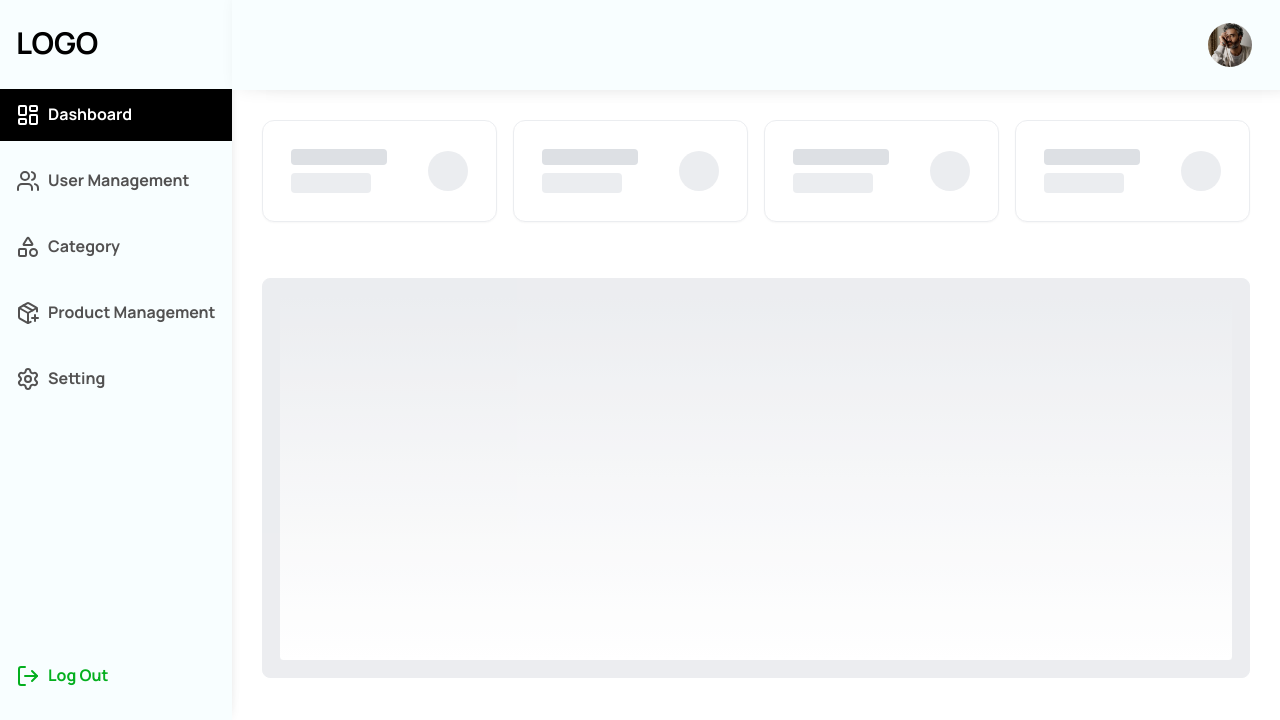
Repository: fsdteam8/jtbaket-dashboard
Page: /dashboard
An editor plug-in stored every save of this project. The page is shown before and after a run of saves, followed by the edit.
The browser window is 1280 px wide. The pictures show the whole page.
The page's requests for data from a server got no answer. The project was rebuilt for these pictures with package versions that can differ from the ones it lists, and the page was loaded fresh each time. The framework's server and built-in components were replaced by stand-ins that run in the browser. No one was signed in, and anything a server would have sent is missing. Also part of the build but not shown: next.config.mjs, src/lib/utils.ts, src/components/ui/dialog.tsx, src/components/modals/logout-modal.tsx, src/app/(admin-dashboard)/dashboard/_components/dashboard-overview-error-container.tsx, src/components/ui/card.tsx, src/components/ui/chart.tsx, src/components/ui/select.tsx and 1 more.

Above is the page before, as saved 2025-07-26 15:13:43.

### src/app/layout.tsx
import type { Metadata } from "next";
import "./globals.css";
import { Toaster } from "@/components/ui/sonner";

import { Manrope } from "next/font/google";
import AppProvider from "@/components/provider/AppProvider";
import AuthProvider from "@/components/provider/AuthProvider";
import { cookies } from "next/headers";
import { ColorFetcher, ThemeFetcher } from "@/lib/color-fetcher";

const manrope = Manrope({
  subsets: ["latin"],
  display: "swap",
  variable: "--font-manrope",
});

export const metadata: Metadata = {
  title: "Create Next App",
  description: "Generated by create next app",
};

export default function RootLayout({
  children,
}: Readonly<{
  children: React.ReactNode;
}>) {
    const cookieStore = cookies()
  const primaryColor = cookieStore.get("themeColor")?.value || "black"
  return (
    <html lang="en">
    <head>
        <style>{`:root { --primary: ${primaryColor}; }`}</style>
      </head>
      <body className={`${manrope.variable} antialiased`}>
        <AuthProvider>
          <AppProvider>
            <ThemeFetcher/>
            <ColorFetcher/>
            {children}
            <Toaster position="top-right"/>
          </AppProvider>
        </AuthProvider>
      </body>
    </html>
  );
}

### src/app/(admin-dashboard)/dashboard/layout.tsx
import React from "react";
import "@/app/globals.css";
import DashboardSidebar from "./_components/dashboard-sidebar";
import DashboardNavbar from "./_components/dashboard-navbar";

const DashboardLayout = ({ children }: { children: React.ReactNode }) => {
  return (
    <div className="w-full flex">
      <div>
        <DashboardSidebar />
      </div>
      <div className="w-full">
        <DashboardNavbar />
        <main className="p-[30px]">{children}</main>
      </div>
    </div>
  );
};

export default DashboardLayout;

### src/app/(admin-dashboard)/dashboard/page.tsx
import React from 'react'
import DashboardOverviewHeader from './_components/dashboard-overview-header'
import { DashboardSummery } from './_components/dashboard-summery'

const HomePage = () => {
  return (
    <div>
      <DashboardOverviewHeader/>
      <DashboardSummery/>
    </div>
  )
}

export default HomePage

### src/app/globals.css
@tailwind base;
@tailwind components;
@tailwind utilities;

@layer utilities {
  .text-balance {
    text-wrap: balance;
  }
}

body {
  @apply bg-[#FFFFFF] font-manrope;
}

@layer base {
  :root {
    --background: 0 0% 100%;
    --foreground: 0 0% 3.9%;
    --card: 0 0% 100%;
    --card-foreground: 0 0% 3.9%;
    --popover: 0 0% 100%;
    --popover-foreground: 0 0% 3.9%;
    --primary: 0 0% 9%;
    --primary-foreground: 0 0% 98%;
    --secondary: 0 0% 96.1%;
    --secondary-foreground: 0 0% 9%;
    --muted: 0 0% 96.1%;
    --muted-foreground: 0 0% 45.1%;
    --accent: 0 0% 96.1%;
    --accent-foreground: 0 0% 9%;
    --destructive: 0 84.2% 60.2%;
    --destructive-foreground: 0 0% 98%;
    --border: 0 0% 89.8%;
    --input: 0 0% 89.8%;
    --ring: 0 0% 3.9%;
    --chart-1: 12 76% 61%;
    --chart-2: 173 58% 39%;
    --chart-3: 197 37% 24%;
    --chart-4: 43 74% 66%;
    --chart-5: 27 87% 67%;
    --radius: 0.5rem;
  }
  .dark {
    --background: 0 0% 3.9%;
    --foreground: 0 0% 98%;
    --card: 0 0% 3.9%;
    --card-foreground: 0 0% 98%;
    --popover: 0 0% 3.9%;
    --popover-foreground: 0 0% 98%;
    --primary: 0 0% 98%;
    --primary-foreground: 0 0% 9%;
    --secondary: 0 0% 14.9%;
    --secondary-foreground: 0 0% 98%;
    --muted: 0 0% 14.9%;
    --muted-foreground: 0 0% 63.9%;
    --accent: 0 0% 14.9%;
    --accent-foreground: 0 0% 98%;
    --destructive: 0 62.8% 30.6%;
    --destructive-foreground: 0 0% 98%;
    --border: 0 0% 14.9%;
    --input: 0 0% 14.9%;
    --ring: 0 0% 83.1%;
    --chart-1: 220 70% 50%;
    --chart-2: 160 60% 45%;
    --chart-3: 30 80% 55%;
    --chart-4: 280 65% 60%;
    --chart-5: 340 75% 55%;
  }
}

### src/components/ui/sonner.tsx
"use client"

import { useTheme } from "next-themes"
import { Toaster as Sonner } from "sonner"

type ToasterProps = React.ComponentProps<typeof Sonner>

const Toaster = ({ ...props }: ToasterProps) => {
  const { theme = "system" } = useTheme()

  return (
    <Sonner
      theme={theme as ToasterProps["theme"]}
      className="toaster group"
      toastOptions={{
        classNames: {
          toast:
            "group toast group-[.toaster]:bg-background group-[.toaster]:text-foreground group-[.toaster]:border-border group-[.toaster]:shadow-lg",
          description: "group-[.toast]:text-muted-foreground",
          actionButton:
            "group-[.toast]:bg-primary group-[.toast]:text-primary-foreground",
          cancelButton:
            "group-[.toast]:bg-muted group-[.toast]:text-muted-foreground",
        },
      }}
      {...props}
    />
  )
}

export { Toaster }

### src/components/provider/AppProvider.tsx
"use client";
import React from "react";
import { QueryClient, QueryClientProvider } from "@tanstack/react-query";

const AppProvider = ({ children }: { children: React.ReactNode }) => {
  const queryClient = new QueryClient();
  return (
    <div>
      <QueryClientProvider client={queryClient}>{children}</QueryClientProvider>
    </div>
  );
};

export default AppProvider;

### src/components/provider/AuthProvider.tsx
"use client";
import React from "react";
import { SessionProvider } from "next-auth/react";

const AuthProvider = ({ children }: { children: React.ReactNode }) => {
  return (
    <div>
      <SessionProvider>{children}</SessionProvider>
    </div>
  );
};

export default AuthProvider;

### src/lib/color-fetcher.ts
/* eslint-disable @typescript-eslint/no-unused-vars */
"use client"

import { useEffect } from "react"
import { useQuery } from "@tanstack/react-query"

export function ColorFetcher() {
  useEffect(() => {
    const fetchColors = async () => {
      try {
        const baseUrl = process.env.NEXT_PUBLIC_BASE_URL || process.env.NEXT_PUBLIC_API_URL

        if (!baseUrl) {
          throw new Error("API base URL not configured")
        }

        const response = await fetch(`${baseUrl}/color/colors`, {
          method: "GET",
          headers: {
            "Content-Type": "application/json",
            Accept: "application/json",
          },
        })

        if (!response.ok) {
          throw new Error(`HTTP error! status: ${response.status}`)
        }

        const data = await response.json()

        if (data.status && data.data && data.data.length > 0) {
          const colorCode = data.data[0].colorCode // colorCode is now a string, not array

          // Set the color in cookies
          document.cookie = `themeColor=${colorCode}; path=/; max-age=${60 * 60 * 24 * 30}; SameSite=Lax`

          // Update CSS custom property immediately
          document.documentElement.style.setProperty("--primary", colorCode)
        }
      } catch (error) {
        // Apply fallback color on error
        const fallbackColor = "#000"
        document.cookie = `themeColor=${fallbackColor}; path=/; max-age=${60 * 60 * 24 * 30}; SameSite=Lax`
        document.documentElement.style.setProperty("--primary", fallbackColor)
      }
    }

    // Check if color is already in cookies
    const existingColor = document.cookie
      .split("; ")
      .find((row) => row.startsWith("themeColor="))
      ?.split("=")[1]

    if (existingColor) {
      // Apply existing color immediately
      document.documentElement.style.setProperty("--primary", existingColor)
    } else {
      // Fetch new color if not in cookies
      fetchColors()
    }
  }, [])

  return null
}



export function ThemeFetcher() {
  const { data } = useQuery({
    queryKey: ["themeColor"],
    queryFn: async () => {
      const res = await fetch(`${process.env.NEXT_PUBLIC_BACKEND_URL}/color/colors`)
      if (!res.ok) throw new Error("Failed to fetch theme color")
      return res.json()
    },
  })

  useEffect(() => {
    if (data?.themeColor) {
      const existing = getCookie("themeColor")
      if (existing !== data.themeColor) {
        document.cookie = `themeColor=${data.themeColor}; path=/`
        // Force refresh so SSR re-renders using the updated cookie
        window.location.reload()
      } else {
        document.documentElement.style.setProperty("--primary", data.themeColor)
      }
    }
  }, [data])

  return null
}

// Helper to read cookie from document.cookie
function getCookie(name: string): string | null {
  const match = document.cookie.match(new RegExp(`(^| )${name}=([^;]+)`))
  return match?.[2] ?? null
}

### src/app/(admin-dashboard)/dashboard/_components/dashboard-sidebar.tsx
"use client";
import React, { useState } from "react";
import { DashboardSidebardData } from "./dashboard-sidebar-data";
import Link from "next/link";
import { usePathname } from "next/navigation";
import { LogOut } from "lucide-react";
import LogOutModal from "@/components/modals/logout-modal";
import { toast } from "sonner";
import { signOut } from "next-auth/react";

const DashboardSidebar = () => {
  const [logoutModalisOpen, setLogoutModalisOpen] = useState(false);
  const pathName = usePathname();

  const handLogout = () => {
    try {
      toast.success("Logout successful!");
      setTimeout(async () => {
        await signOut({
          callbackUrl: "/login",
        });
      }, 1000);
    } catch (error) {
      console.error("Logout failed:", error);
      toast.error("Logout failed. Please try again.");
    }
  };
  return (
    <div className="sticky top-0 z-50">
      <div
        style={{
          boxShadow: `
    -2px -4px 10px 0px #0000001A,
    -8px -16px 18px 0px #00000017,
    -18px -35px 24px 0px #0000000D,
    -33px -62px 28px 0px #00000003,
    -51px -97px 31px 0px #00000000
  `,
        }}
        className="h-screen w-[232px] max-w-[252px] bg-[#F8FEFF] relative"
      >
        <div className="pt-[20px] pb-[24px] text-3xl font-bold text-primary leading-normal px-4">
          LOGO
        </div>
        <div>
          {DashboardSidebardData?.map((item) => {
            return (
              <>
                <Link href={item.href}>
                  <div
                    key={item.id}
                    className={`w-full flex items-center gap-2 text-base font-bold leading-[120%] tracking-[0%] cursor-pointer px-[16px] py-[14px] mb-[14px] ${
                      pathName === item?.href
                        ? "bg-primary text-white"
                        : "bg-transparent text-[#525151]"
                    }`}
                  >
                    <p className="w-6 h-6">{item.icon}</p>
                    <p>{item.name}</p>
                  </div>
                </Link>
              </>
            );
          })}
        </div>
        <div className="absolute bottom-8 ">
          <button
            onClick={() => setLogoutModalisOpen(true)}
            className="flex items-center gap-2 text-base text-secondary leading-[120%] tracking-[0%] font-manrope font-bold pl-4"
          >
            <LogOut />
            Log Out
          </button>
        </div>
      </div>

      {/* logout modal  */}
      {logoutModalisOpen && (
        <LogOutModal
          title="Are You Sure To Log Out?"
          open={logoutModalisOpen}
          onClose={() => setLogoutModalisOpen(false)}
          onConfirm={handLogout}
        />
      )}
    </div>
  );
};

export default DashboardSidebar;

### src/app/(admin-dashboard)/dashboard/_components/dashboard-navbar.tsx
import Image from "next/image";
import React from "react";

const DashboardNavbar = () => {
  return (
    <div className="sticky top-0 z-50">
      <div
        style={{
          boxShadow: `
      7px -3px 17px 0px #0000001A,
      28px -12px 30px 0px #00000017,
      62px -26px 41px 0px #0000000D,
      111px -47px 48px 0px #00000003,
      174px -73px 53px 0px #00000000
    `,
        }}
        className="w-full h-[90px] bg-[#F8FEFF] flex items-center justify-end pr-7"
      >
        <Image
          src="/assets/images/profile-img.jpg"
          alt="profile image"
          width={44}
          height={44}
          className="w-[44px] h-[44px] rounded-full"
        />
      </div>
    </div>
  );
};

export default DashboardNavbar;

### src/app/(admin-dashboard)/dashboard/_components/dashboard-overview-header.tsx
"use client";
import { GoDotFill } from "react-icons/go";
import Image from "next/image";
import React from "react";
import { useQuery } from "@tanstack/react-query";
import { useSession } from "next-auth/react";
import DashboardOverviewErrorContainer from "./dashboard-overview-error-container";
import DashboardCardSkeleton from "./dashboard-overview-skeleton-container";

export type DashboardSummaryResponse = {
  status: "success";
  message: string;
  data: {
    approvedUsers: number;
    pendingUsers: number;
    uniqueFavoriteProducts: number;
    totalUsers: number;
  };
};

const DashboardOverviewHeader = () => {
  const session = useSession();
  const token = (session?.data?.user as { accessToken: string })?.accessToken;
  console.log({ token });

  const { data, isLoading, isError, error } =
    useQuery<DashboardSummaryResponse>({
      queryKey: ["dashboard-overview"],
      queryFn: () =>
        fetch(`${process.env.NEXT_PUBLIC_BACKEND_URL}/admin/summary`, {
          headers: {
            Authorization: `Bearer ${token}`,
          },
        }).then((res) => res.json()),
    });
  if (isLoading) {
    return (
      <div>
        <DashboardCardSkeleton />
      </div>
    );
  }
  if (isError) {
    return (
      <div>
        <DashboardOverviewErrorContainer message={error?.message} />
      </div>
    );
  }
  console.log(data);
  return (
    <div>
      <div className="grid grid-cols-1 md:grid-cols-2 lg:grid-cols-4 gap-[30px]">
        <div className="md:col-span-1 w-full flex items-center justify-between bg-[#FFFFFF] rounded-[8px] shadow-[0px_0px_4px_0px_#00000040] py-8 px-3">
          <div>
            <h3 className="text-2xl text-primary font-extrabold leading-[120%] traking-[0%]">
              Approval
            </h3>
            <p className="flex items-center gap-1 text-lg font-normal leading-[170%] text-[#424242] pt-2">
              <GoDotFill className="w-6 h-6 text-secondary" />{" "}
              {data?.data?.approvedUsers}
            </p>
          </div>
          <div>
            <Image
              src="/assets/images/approval.png"
              alt="approval image"
              width={54}
              height={54}
            />
          </div>
        </div>
        <div className="md:col-span-1 w-full flex items-center justify-between bg-[#FFFFFF] rounded-[8px] shadow-[0px_0px_4px_0px_#00000040] py-8 px-3">
          <div>
            <h3 className="text-2xl text-primary font-extrabold leading-[120%] traking-[0%]">
              All Favorite
            </h3>
            <p className="flex items-center gap-1 text-lg font-normal leading-[170%] text-[#424242] pt-2">
              <GoDotFill className="w-6 h-6 text-[#FF3333]" />{" "}
              {data?.data?.uniqueFavoriteProducts}
            </p>
          </div>
          <div>
            <Image
              src="/assets/images/favorite.png"
              alt="favorite image"
              width={54}
              height={54}
            />
          </div>
        </div>
        <div className="md:col-span-1 w-full flex items-center justify-between bg-[#FFFFFF] rounded-[8px] shadow-[0px_0px_4px_0px_#00000040] py-8 px-3">
          <div>
            <h3 className="text-2xl text-primary font-extrabold leading-[120%] traking-[0%]">
              Pending
            </h3>
            <p className="flex items-center gap-1 text-lg font-normal leading-[170%] text-[#424242] pt-2">
              <GoDotFill className="w-6 h-6 text-primary" />{" "}
              {data?.data?.pendingUsers}
            </p>
          </div>
          <div>
            <Image
              src="/assets/images/pending.png"
              alt="pending image"
              width={54}
              height={54}
            />
          </div>
        </div>
        <div className="md:col-span-1 w-full flex items-center justify-between bg-[#FFFFFF] rounded-[8px] shadow-[0px_0px_4px_0px_#00000040] py-8 px-3">
          <div>
            <h3 className="text-2xl text-primary font-extrabold leading-[120%] traking-[0%]">
              Total Users
            </h3>
            <p className="flex items-center gap-1 text-lg font-normal leading-[170%] text-[#424242] pt-2">
              <GoDotFill className="w-6 h-6 text-secondary" />{" "}
              {data?.data?.totalUsers}
            </p>
          </div>
          <div>
            <Image
              src="/assets/images/total_user.png"
              alt="total user image"
              width={54}
              height={54}
            />
          </div>
        </div>
      </div>
    </div>
  );
};

export default DashboardOverviewHeader;

### src/app/(admin-dashboard)/dashboard/_components/dashboard-sidebar-data.tsx
import {
  LayoutDashboard,
  PackagePlus,
  Settings,
  Shapes,
  Users,
} from "lucide-react";

export type DashboardSidebardDataType = {
  id: number;
  name: string;
  href: string;
  icon: React.ReactNode;
};

export const DashboardSidebardData: DashboardSidebardDataType[] = [
  {
    id: 1,
    name: "Dashboard",
    href: "/dashboard",
    icon: <LayoutDashboard />,
  },
  {
    id: 2,
    name: "User Management",
    href: "/dashboard/user-management",
    icon: <Users />,
  },
  {
    id: 3,
    name: "Category",
    href: "/dashboard/category",
    icon: <Shapes />,
  },
  {
    id: 4,
    name: "Product Management",
    href: "/dashboard/product-management",
    icon: <PackagePlus />,
  },
  {
    id: 5,
    name: "Setting",
    href: "/dashboard/setting",
    icon: <Settings />,
  },
];

### src/app/(admin-dashboard)/dashboard/_components/dashboard-overview-skeleton-container.tsx
export default function DashboardCardSkeleton() {
  return (
    <div className="grid grid-cols-1 sm:grid-cols-2 lg:grid-cols-4 gap-4">
      {[...Array(4)].map((_, i) => (
        <div
          key={i}
          className="animate-pulse rounded-xl border bg-white p-7 shadow-sm flex items-center justify-between"
        >
          <div className="space-y-2">
            <div className="h-4 w-24 bg-gray-300 rounded" />
            <div className="h-5 w-20 bg-gray-200 rounded" />
          </div>
          <div className="h-10 w-10 bg-gray-200 rounded-full" />
        </div>
      ))}
    </div>
  )
}

### src/app/(admin-dashboard)/dashboard/_components/dashboard-summery-skeleton.tsx

export default function DashboardSummerySkeleton() {
  return (
    <div className="w-full h-[400px] rounded-lg border p-4 bg-gray-200 animate-pulse mt-14">
      <div className="w-full h-full bg-gradient-to-b from-gray-200 via-gray-100 to-white rounded border" />
    </div>
  )
}

### tailwind.config.ts
import type { Config } from "tailwindcss";

const config: Config = {
  darkMode: ["class"],
  content: [
    "./src/pages/**/*.{js,ts,jsx,tsx,mdx}",
    "./src/components/**/*.{js,ts,jsx,tsx,mdx}",
    "./src/app/**/*.{js,ts,jsx,tsx,mdx}",
  ],
  theme: {
    extend: {
      container: {
        center: true,
        padding: {
          DEFAULT: "14px",
          lg: "20px",
        },
        screens: {
          sm: "100%",
          md: "100%",
          lg: "1170px",
        },
      },
      colors: {
        primary: {
          DEFAULT: "var(--primary)",
        },
        secondary: {
          DEFAULT: "#04AF1E",
        },
      },
      fontFamily: {
        manrope: ["var(--font-manrope)", "sans-serif"],
      },
      borderRadius: {
        lg: "var(--radius)",
        md: "calc(var(--radius) - 2px)",
        sm: "calc(var(--radius) - 4px)",
      },
    },
  },
  plugins: [require("tailwindcss-animate")],
};
export default config;

Loaded but not shown: src/app/(admin-dashboard)/dashboard/_components/dashboard-summery.tsx (164 lines, source omitted)

After the next 2 saves:
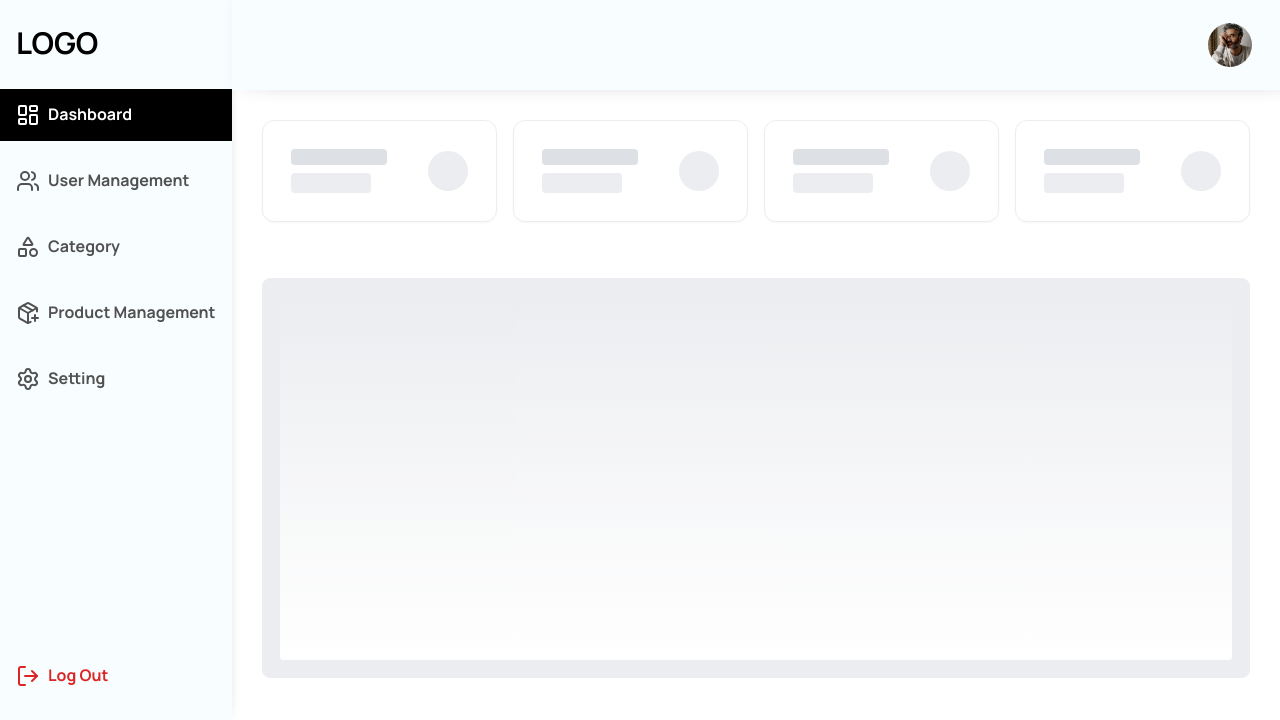
The 2 saves are shown as one change because they came seconds apart.
The last was saved 34 s later.
--- a/src/app/(admin-dashboard)/dashboard/_components/dashboard-sidebar.tsx
+++ b/src/app/(admin-dashboard)/dashboard/_components/dashboard-sidebar.tsx
@@ -66,7 +66,7 @@ const DashboardSidebar = () => {
         <div className="absolute bottom-8 ">
           <button
             onClick={() => setLogoutModalisOpen(true)}
-            className="flex items-center gap-2 text-base text-secondary leading-[120%] tracking-[0%] font-manrope font-bold pl-4"
+            className="flex items-center gap-2 text-base text-red-600 leading-[120%] tracking-[0%] font-manrope font-bold pl-4"
           >
             <LogOut />
             Log Out
